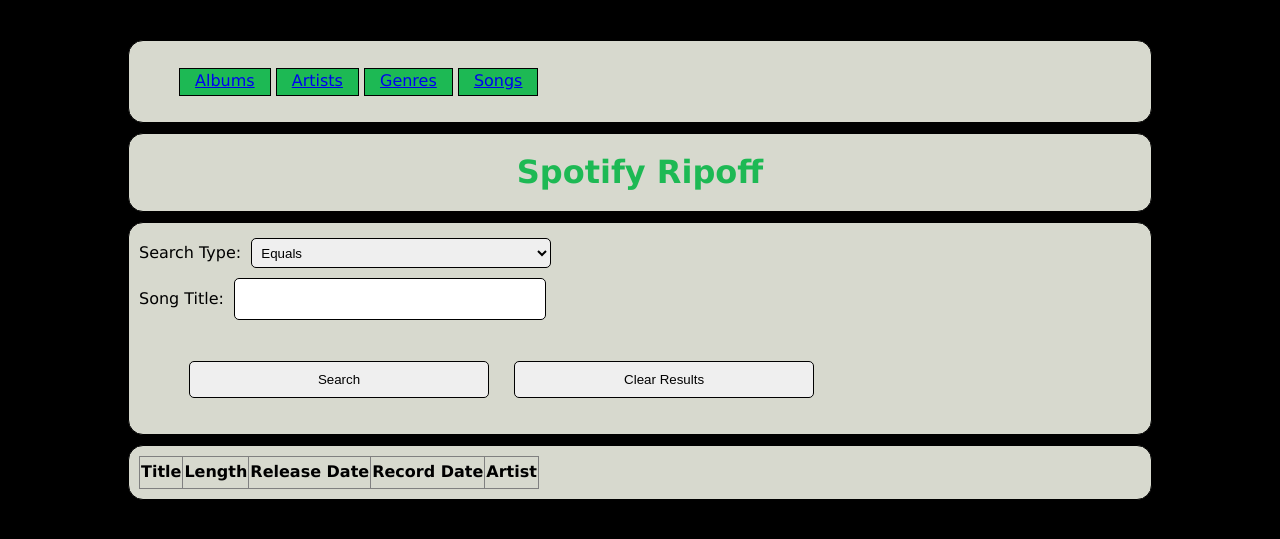
Repository: RRGTHWAR/bkg16_INFSCI1017
Page: bkg16_Music_FinalProject/WebContent/song.html
The author's editor kept a copy of each file at every save. The page is drawn from the files as they stood at one save, then again after the next save.
The browser window is 1280 px wide. The pictures show the whole page.

Above is the page before, as saved 2019-04-13 17:54:13.

### bkg16_Music_FinalProject/WebContent/song.html
<!DOCTYPE html>
<html>
<head>
<meta charset="UTF-8">
<title>Songs</title>
<link href="css/style.css" rel="stylesheet" type="text/css" />
<script src="js/jquery-3.3.1.min.js"></script>
</head>
<body>
	<div id="navBar">
		<ul>
			<li><a href="album.html" title="Albums">Albums</a></li>
			<li><a href="artist.html" title="Artists">Artists</a></li>
			<li><a href="genre.html" title="Genres">Genres</a></li>
			<li><a href="song.html" title="Songs">Songs</a></li>
		</ul>
	</div>
	<h1 id="mainHeader" >Spotify Ripoff</h1>
	<div id="songSearch" class="searchBox" >
		<div>
			Search Type:
			<select name="searchType" id="searchType" class="textField">
				<option value="equals">Equals</option>
				<option value="begins">Begins</option>
				<option value="ends">Ends</option>
				<option value="contains">Contains</option>
				<option value="">All</option>
			</select>
		</div>
		<div>
			Song Title: <input type="text" id="songTitle" name="songTitle" value="" class="textField" />
		</div>
		<div id="btns">
			<ul>
				<li><input type="button" id="btnSearch" name="btnSubmit" class="actButton" value="Search" /></li>
				<li><input type="button" id="btnClear" name ="btnClear" class="actButton" value="Clear Results" /></li>
			</ul>
		</div>
	</div>

	<div id="searchResults">
		<table border="1" id="tblSearchResults">
			<tr>
				<th>Title</th>
				<th>Length</th>
				<th>Release Date</th>
				<th>Record Date</th>
				<th>Artist</th>
			</tr>
		</table>
	</div>

	</body>
	<script>

		$(document).ready(function (){
			if (window.location.href.indexOf("?albumID=") > -1) {
				var addy = window.location.href;
				var albumID = addy.substring(addy.indexOf("=") + 1);
				var url = "SongListWS?albumID=" + albumID;
				$.get(url, function(resp){
					parseSongData(resp);
				})
			};
			if (window.location.href.indexOf("?artistID=") > -1) {
				var addy = window.location.href;
				var artistID = addy.substring(addy.indexOf("=") + 1);
				var url = "SongListWS?artistID=" + artistID;
				$.get(url, function(resp){
					parseSongData(resp);
				})
			};
			$("#btnClear").click(function (){
				clearResultsTable();
			});
			$("#btnSearch").click(function (){
				search();
			});
			$("#songTitle").keyup(function(){
				var keyPressed = $("#songTitle").val();
				if(keyPressed.length > 2) {
					search();
				} else {
					clearResultsTable();
				}
			});
		});

		function search(optSearchType) {
			clearResultsTable();
			var songTitle = $("#songTitle").val();
			var searchType = $("#searchType").val();
			// console.log("Song: " + songTitle);
			// console.log("SearchType: " + searchType);
			var url = "SongListWS?songTitle=" + songTitle + "&searchType=" + searchType;
			// console.log(url);
			$.get(url, function(resp){
				parseSongData(resp);
			})
		}

		function parseSongData(data){
			//$("#searchResults").text(JSON.stringify(data));
			var result = "";

			for(var i=0; i < data.length; i++) {
				var tr = $("<tr></tr>"); //Created empty html table row

				//First data cell
				var td = $("<td></td>"); //Created empty html table data
				td.html(data[i].title);
				tr.append(td);

				//Second data cell
				td = $("<td></td>"); //Note that we don't need to redeclare this
				td.html(data[i].length);
				tr.append(td);

				//Third data cell
				td = $("<td></td>"); //Note that we don't need to redeclare this
				td.html(data[i].release_date);
				tr.append(td);

				//Fourth data cell
				td = $("<td></td>"); //Note that we don't need to redeclare this
				td.html(data[i].record_date);
				tr.append(td);

				//Fifth data cell
				td = $("<td class='artistLink'></td>"); //Note that we don't need to redeclare this
				var link = "<a href='artist.html?songID=" + data[i].song_id + "'>View Artist(s)</a>";
				td.html(link);
				tr.append(td);


				//Append row to table
				$("#tblSearchResults").append(tr);
				//result += 'Title: ' + data[i].title + '<br />';
			}

			//$("#searchResults").html(result);
		}

		//Source: https://stackoverflow.com/questions/2620181/clear-table-jquery
		function clearResultsTable() {
			$("#tblSearchResults td").parent().remove();
		}


		//Source: https://memorynotfound.com/detect-enter-keypress-javascript-jquery/
		$(document).keypress(function(e) {
			var keycode = (e.keyCode ? e.keyCode : e.which);
			if (keycode == '13') {
				$("#btnSearch").click();
			}
		});


	</script>
</html>

### bkg16_Music_FinalProject/WebContent/css/style.css
@charset "UTF-8";

html, body {
	background-color: black;
}

body {
	font-family: Verdana, Geneva, sans-serif;
	font-size: 100%;
	width: 80%;
	margin-right: auto;
	margin-left: auto;
	padding: 2.5% 2.5% 0;
	line-height: 1.8;
}

h1, h2, h3, h4, h5, h6, p {
	margin: 0;
	padding: 0;
}

h1, h2, h3, h4, h5, h6 {
	color: #1DB954;
}

p {
	margin-bottom: 1em;
}

#navBar {
	background-color: #D7D9CE;
	border: 1px solid #000;
	padding: 10px;
	border-radius: 15px;
}

#navBar ul li {
	background-color: #1DB954;
	margin-left: 0;
	margin-bottom: 10px;
	padding: 2px 15px 5px;
	border: 1px solid #000;
	list-style: none;
	display: inline;
}

#mainHeader {
	background-color: #D7D9CE;
	border: 1px solid #000;
	padding: 10px;
	margin-top: 10px;
	border-radius: 15px;
	text-align: center;
}

.searchBox {
	background-color: #D7D9CE;
	border: 1px solid #000;
	padding: 10px;
	margin-top: 10px;
	border-radius: 15px;
	margin-bottom: 10px;
}

.textField {
	border: 1px solid #000;
	border-radius: 5px;
	padding: 5px;
	margin: 5px;
	width: 300px;
	height: 30px;
}

#searchResults {
	background-color: #D7D9CE;
	border: 1px solid #000;
	padding: 10px;
	margin-top: 10px;
	border-radius: 15px;
	display: block;
	margin: 0 auto;
}

#btns ul li {
	padding: 10px;
	margin-top: 10px;
	border-radius: 15px;
	text-align: center;
	list-style: none;
	display: inline-block;
}

input[type=button] {
	border: 1px solid #000;
	padding: 10px;
	border-radius: 5px;
	display: inline-block;
	margin: 0 auto;
	width: 300px;
}

#tblSearchResults {
	border-collapse: collapse;
}

#tblSearchResults tr th td {
	border: 1px solid #000;
	padding: 5px;
	border-collapse: collapse;
	display: inline-block;
	margin: 0 auto;
	text-align: center;
}

Loaded but not shown: bkg16_Music_FinalProject/WebContent/js/jquery-3.3.1.min.js (library)

After the next save:
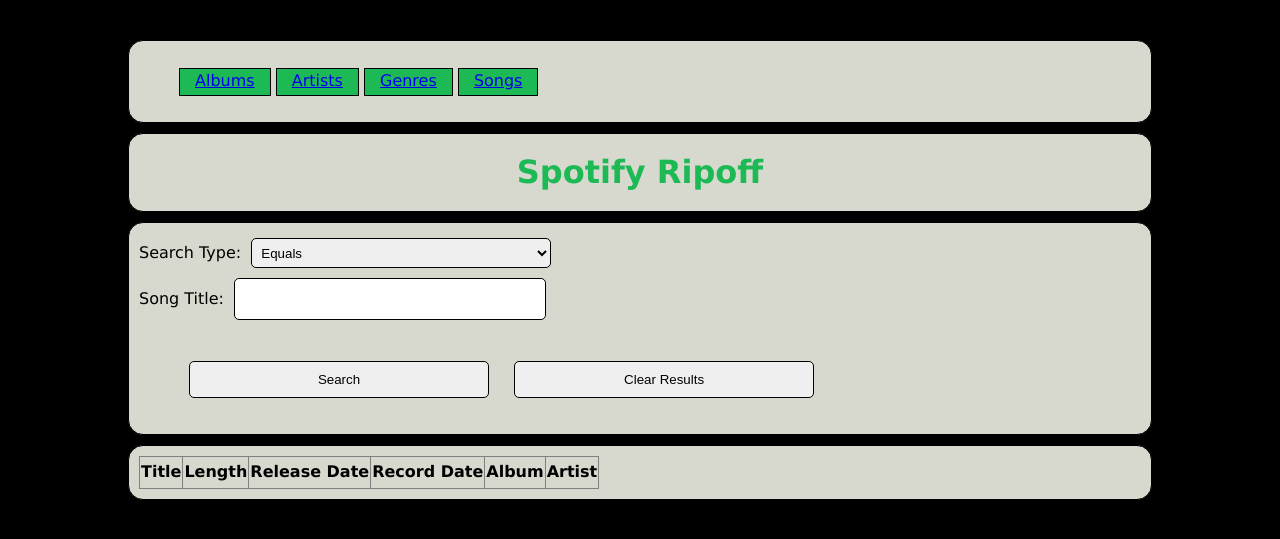
Saved 3 min 51 s later.
--- a/bkg16_Music_FinalProject/WebContent/song.html
+++ b/bkg16_Music_FinalProject/WebContent/song.html
@@ -45,6 +45,7 @@
 				<th>Length</th>
 				<th>Release Date</th>
 				<th>Record Date</th>
+				<th>Album</th>
 				<th>Artist</th>
 			</tr>
 		</table>
